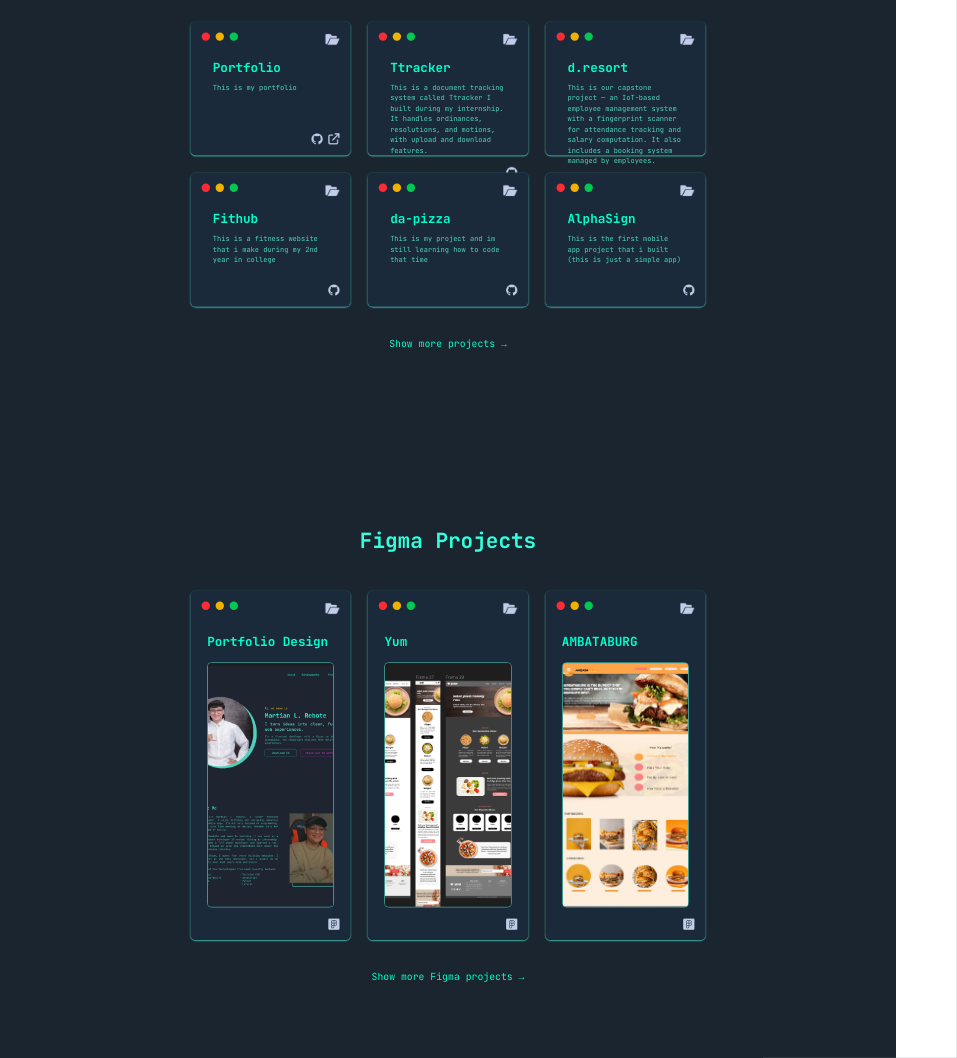
Repository: m4rsu-code/Portfolio
Page: / (app in my-portfolio/)
An editor plug-in stored every save of this project. The page is shown before and after the next save, followed by the edit.
The browser window is 1280 px wide. The page is 1367 px wide, so the pictures cover 1367 px, including what lies to the right of the window. The pictures show the part of the page from y = 2945 to 4705 px (the page is 4457 px tall before and 4705 px after), at 70% of full size.
The project was rebuilt for these pictures with package versions that can differ from the ones it lists, and the page was loaded fresh each time. Also part of the build but not shown: my-portfolio/vite.config.js, my-portfolio/src/assets/components/Modal/AchievementModal.jsx, my-portfolio/src/AchievementsPage.jsx, my-portfolio/src/ProjectPage.jsx, my-portfolio/src/FigmaProjectsPage.jsx.

Above is the page before, as saved 2025-08-04 18:04:07.

After the next save:
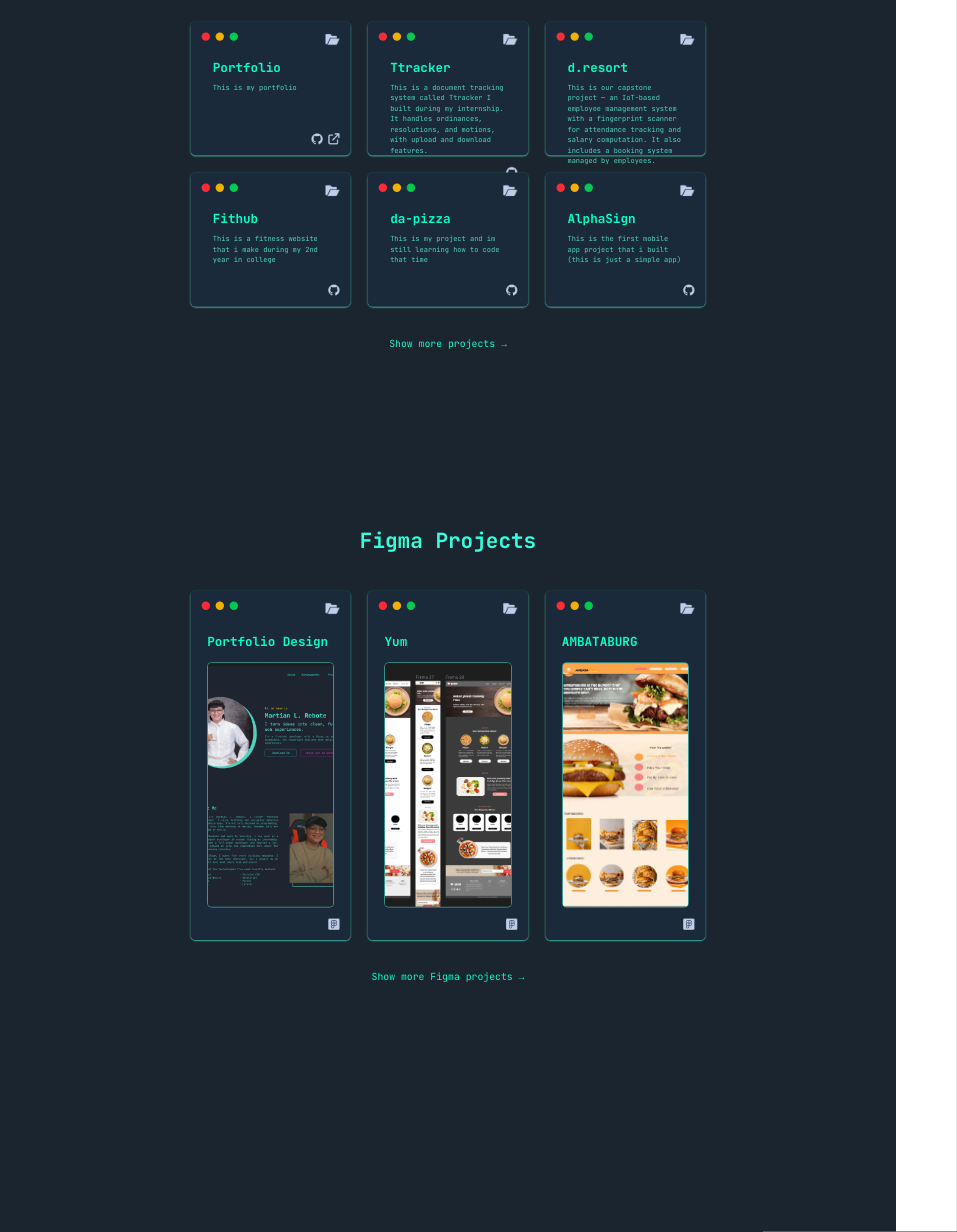
Saved 5 min 9 s later.
--- a/my-portfolio/src/App.jsx
+++ b/my-portfolio/src/App.jsx
@@ -331,6 +331,9 @@ function App() {
           )}
         </div>
 
+        {/* Contact section */}
+        <div className='className="flex flex-col mt-30 px-8 py-16 font-jetbrains-mono"'></div>
+
         {/* Modal */}
         {isModalOpen && selectedAchievement && (
           <AchievementModal
